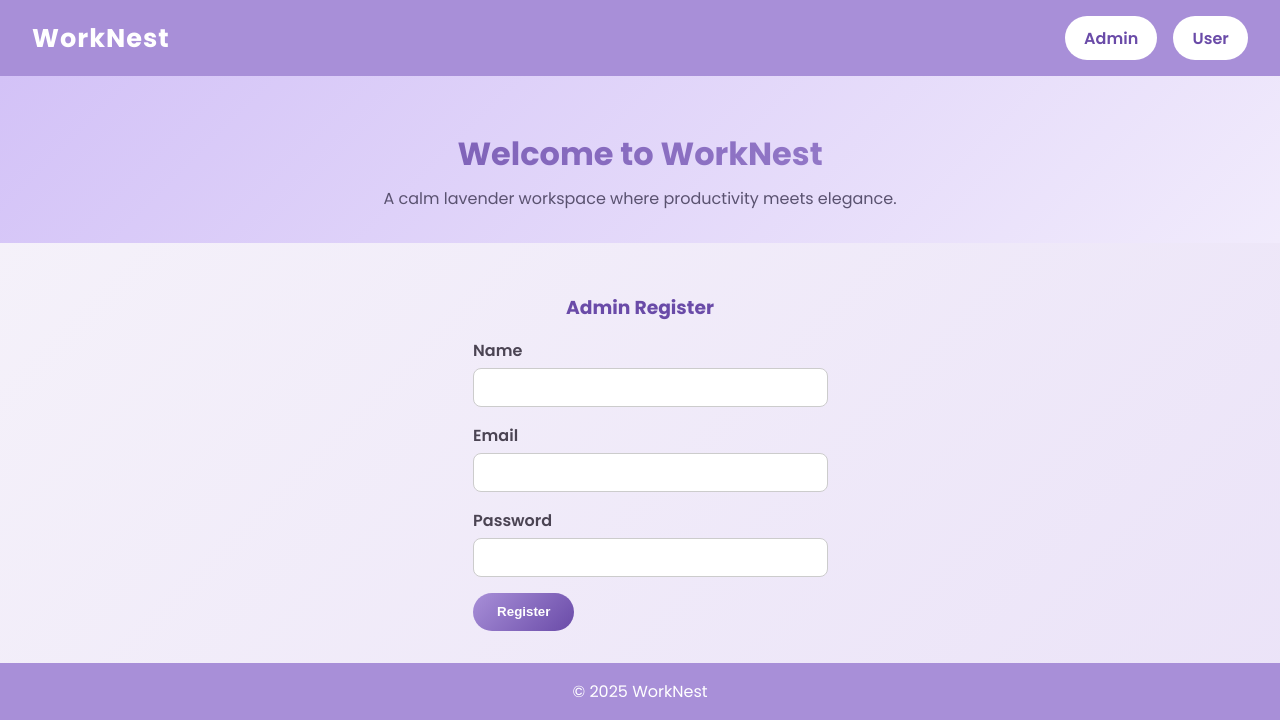
Repository: Sourav5harma/WiproProject
Page: http://localhost/WorkNestApp/WEB-INF/jsp/admin-register.jsp
An editor plug-in stored every save of this project. The page is shown before and after the next save, followed by the edit.
The browser window is 1280 px wide. The pictures show the whole page.
The page is served by Tomcat 9. Nobody is signed in. Other server files are loaded and not shown. The template is opened directly, without the code that normally fills it, so the values that code supplies are empty.

Above is the page before, as saved 2025-08-27 19:46:14.

### WorkNestApp/src/main/webapp/WEB-INF/jsp/admin-register.jsp
<%@ page contentType="text/html;charset=UTF-8" language="java"%>
<%@ taglib prefix="c" uri="http://java.sun.com/jsp/jstl/core"%>
<!DOCTYPE html>
<html lang="en">
<head>
  <title>WorkNest</title>
  <link href="https://fonts.googleapis.com/css2?family=Poppins:wght@400;600;700&display=swap" rel="stylesheet">

  <style>
    body {
      margin: 0;
      min-height: 100vh;
      display: flex;
      flex-direction: column;
      font-family: 'Poppins', sans-serif;
      background: linear-gradient(135deg, #f6f3fa, #ebe3f8);
      color: #4b4453;
    }

    nav {
      display: flex;
      justify-content: space-between;
      align-items: center;
      background: #a88fd8;
      padding: 1rem 2rem;
    }

    nav .title {
      font-size: 1.6rem;
      font-weight: 700;
      color: white;
      letter-spacing: 1px;
    }

    nav .actions {
      display: flex;
      gap: 1rem;
    }

    nav .actions a {
      padding: 0.6rem 1.2rem;
      border-radius: 30px;
      background: white;
      color: #6a4ba8;
      font-weight: 600;
      text-decoration: none;
      transition: all 0.3s ease;
    }

    nav .actions a:hover {
      background: #d3c2f7;
      color: white;
    }

    .hero {
      text-align: center;
      padding: 2rem 1rem;
      background: linear-gradient(135deg, #d3c2f7, #f1ebfc);
    }

    .hero h1 {
      font-size: 2rem;
      margin-bottom: 0.5rem;
      background: linear-gradient(to right, #6a4ba8, #a88fd8);
      -webkit-background-clip: text;
      -webkit-text-fill-color: transparent;
    }

    .hero p {
      font-size: 1rem;
      color: #5a5270;
      max-width: 600px;
      margin: 0 auto;
    }

    .container {
      flex-grow: 1;
      max-width: 600px;
      margin: 2rem auto;
      padding: 0 1.5rem;
    }

    h3 {
      color: #6a4ba8;
      margin-bottom: 1rem;
      text-align: center;
    }

    label {
      font-weight: 600;
      display: block;
      margin-bottom: 0.3rem;
    }

    input {
      width: 100%;
      padding: 0.6rem;
      margin-bottom: 1rem;
      border: 1px solid #ccc;
      border-radius: 0.5rem;
      font-size: 1rem;
    }

    .btn {
      display: inline-block;
      padding: 0.7rem 1.5rem;
      border-radius: 50px;
      background: linear-gradient(135deg, #a88fd8, #6a4ba8);
      color: white;
      font-weight: 600;
      text-decoration: none;
      border: none;
      cursor: pointer;
      transition: all 0.3s ease;
    }

    .btn:hover {
      box-shadow: 0 6px 16px rgba(168,143,216,0.4);
      transform: translateY(-2px);
    }

    .btn-secondary {
      background: #777;
      margin-top: 0.5rem;
    }

    footer {
      background: #a88fd8;
      color: white;
      padding: 1rem;
      text-align: center;
      margin-top: auto;
    }
  </style>
</head>
<body>
  <nav>
    <div class="title">WorkNest</div>
    <div class="actions">
      <a href="<c:url value='/admin/login'/>">Admin</a>
      <a href="<c:url value='/user/login'/>">User</a>
    </div>
  </nav>

  <div class="hero">
    <h1>Welcome to WorkNest</h1>
    <p>A calm lavender workspace where productivity meets elegance.</p>
  </div>

  <div class="container">
    <h3>Admin Register</h3>

    <c:if test="${not empty error}">
      <div style="color: red; margin-bottom: 1rem;">${error}</div>
    </c:if>

    <form method="post" action="<c:url value='/admin/register'/>">
      <label>Name</label>
      <input name="name" required>

      <label>Email</label>
      <input name="email" type="email" required>

      <label>Password</label>
      <input name="password" type="password" required>

      <button class="btn">Register</button>
    </form>


  </div>

  <footer>© 2025 WorkNest</footer>
</body>
</html>

After the next save:
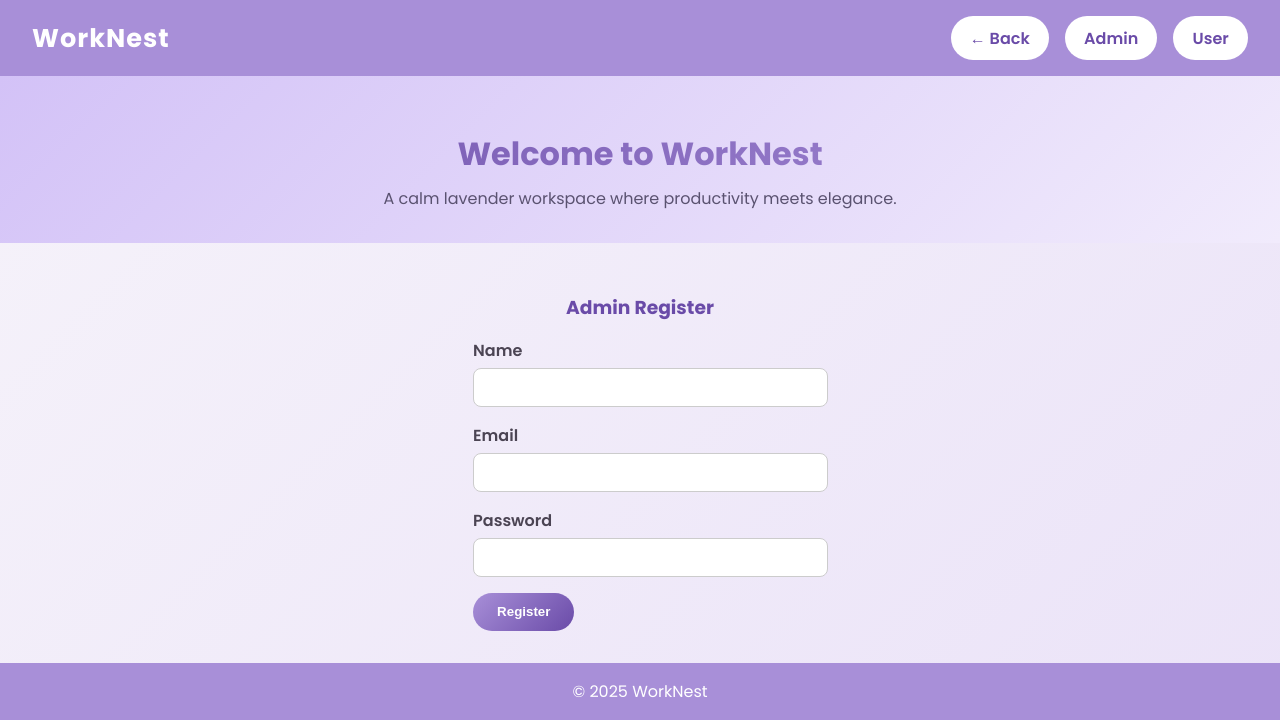
Saved 17 s later.
--- a/WorkNestApp/src/main/webapp/WEB-INF/jsp/admin-register.jsp
+++ b/WorkNestApp/src/main/webapp/WEB-INF/jsp/admin-register.jsp
@@ -137,6 +137,7 @@
   <nav>
     <div class="title">WorkNest</div>
     <div class="actions">
+    <a href="javascript:history.back()">&#8592; Back</a>
       <a href="<c:url value='/admin/login'/>">Admin</a>
       <a href="<c:url value='/user/login'/>">User</a>
     </div>
